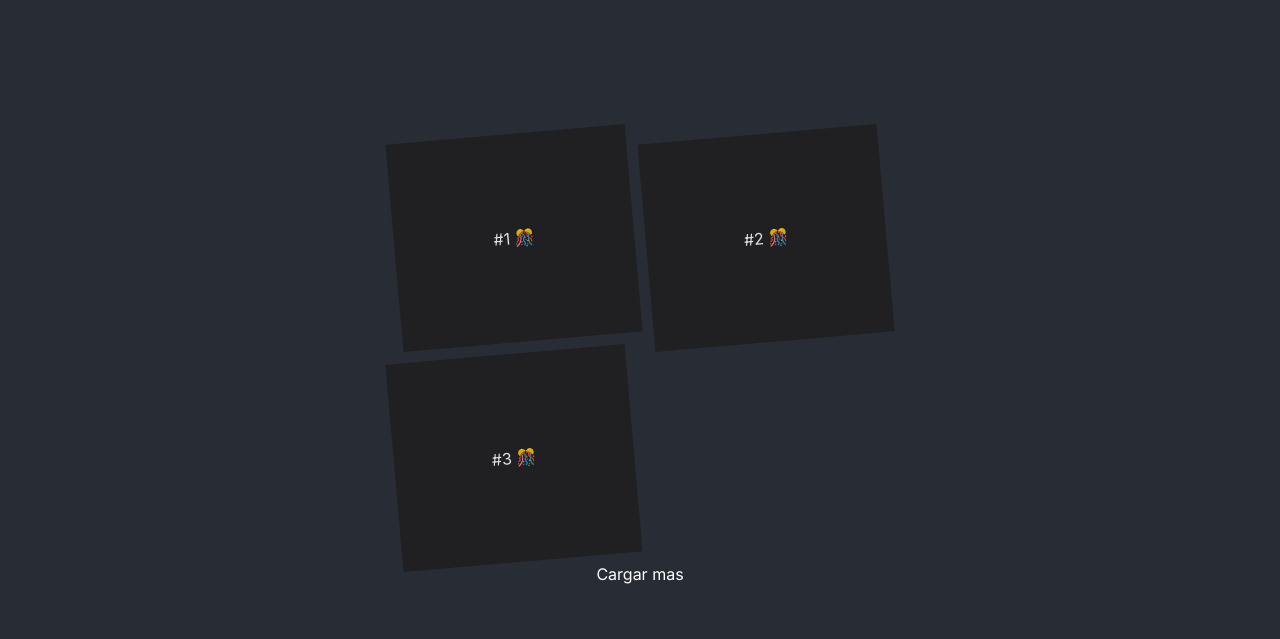
Repository: devsecops-node/simple-play
Page: /recomendations
The author's editor kept a copy of each file at every save. The page is drawn from the files as they stood at one save, then again after the next save.
The browser window is 1280 px wide. The pictures show the whole page.
The project was rebuilt for these pictures with package versions that can differ from the ones it lists, and the page was loaded fresh each time. The framework's server and built-in components were replaced by stand-ins that run in the browser. Also part of the build but not shown: next.config.mjs.

Above is the page before, as saved 2024-06-21 18:46:43.

After the next save:
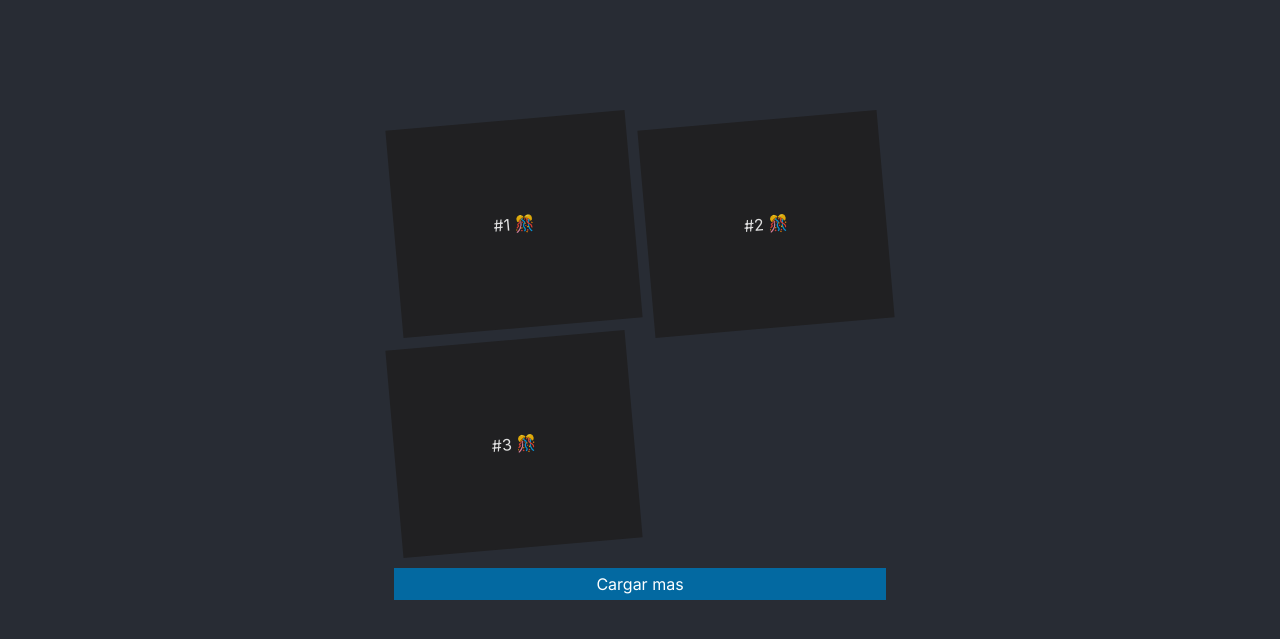
Saved 36 s later.
--- a/src/app/recomendations/page.tsx
+++ b/src/app/recomendations/page.tsx
@@ -22,7 +22,7 @@ const page = () => {
             <Card key={dat.id} recomenda={dat} />
           ))}
         </div>
-        <button>Cargar mas</button>
+        <button className='mt-5 px-2 py-1 bg-sky-700'>Cargar mas</button>
       </div>
     </Container>
   )
